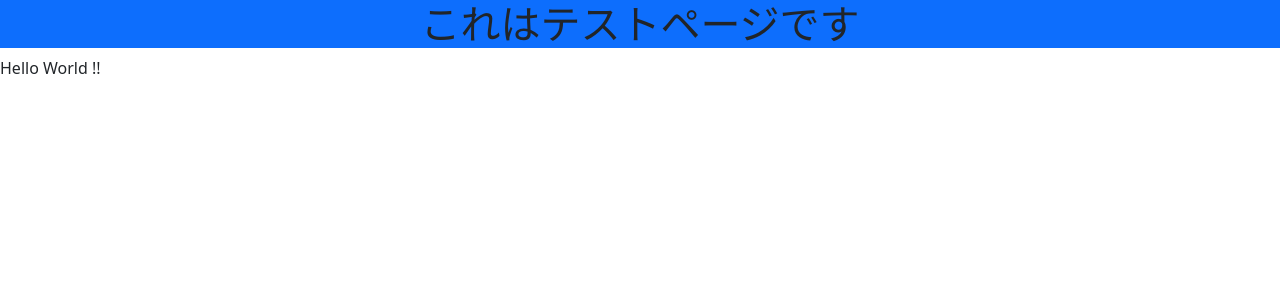
Repository: YN-program/samurai_HTML-CSS
Page: index.html
The author's editor kept a record of every edit. The page is drawn from the files as they stood at one moment, then again after the next edit.
The browser window is 1280 px wide. The pictures show the whole page.

Above is the page before.

### index.html
<!DOCTYPE html>
<html>
    <head>
        <meta charset="UTF-8">
        <link href="https://cdn.jsdelivr.net/npm/bootstrap@5.0.0-beta2/dist/css/bootstrap.min.css" rel="stylesheet" integrity="sha384-BmbxuPwQa2lc/FVzBcNJ7UAyJxM6wuqIj61tLrc4wSX0szH/Ev+nYRRuWlolflfl" crossorigin="anonymous">

    </head>
    <body>
        <h1 class="bg-primary text-center">これはテストページです</h1>
        <main class="container ">



        </main>
        <div> Hello World !!</div>


    </body>
</html>

After the next edit:
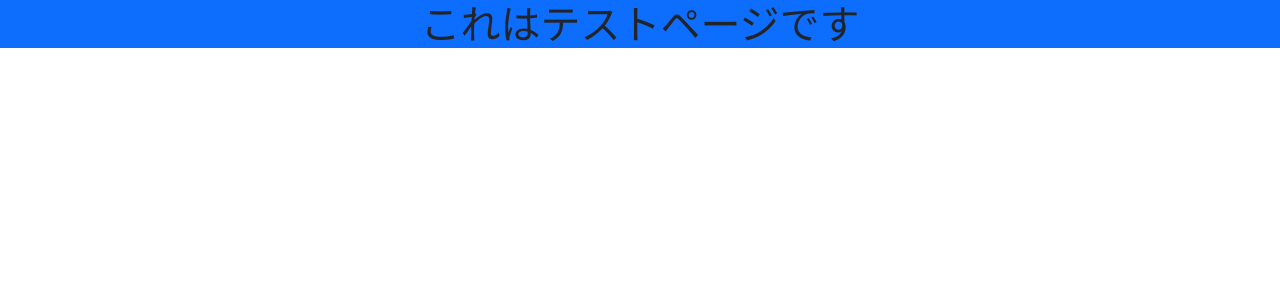
The edit:
--- a/index.html
+++ b/index.html
@@ -12,7 +12,7 @@
 
 
         </main>
-        <div> Hello World !!</div>
+
 
 
     </body>
